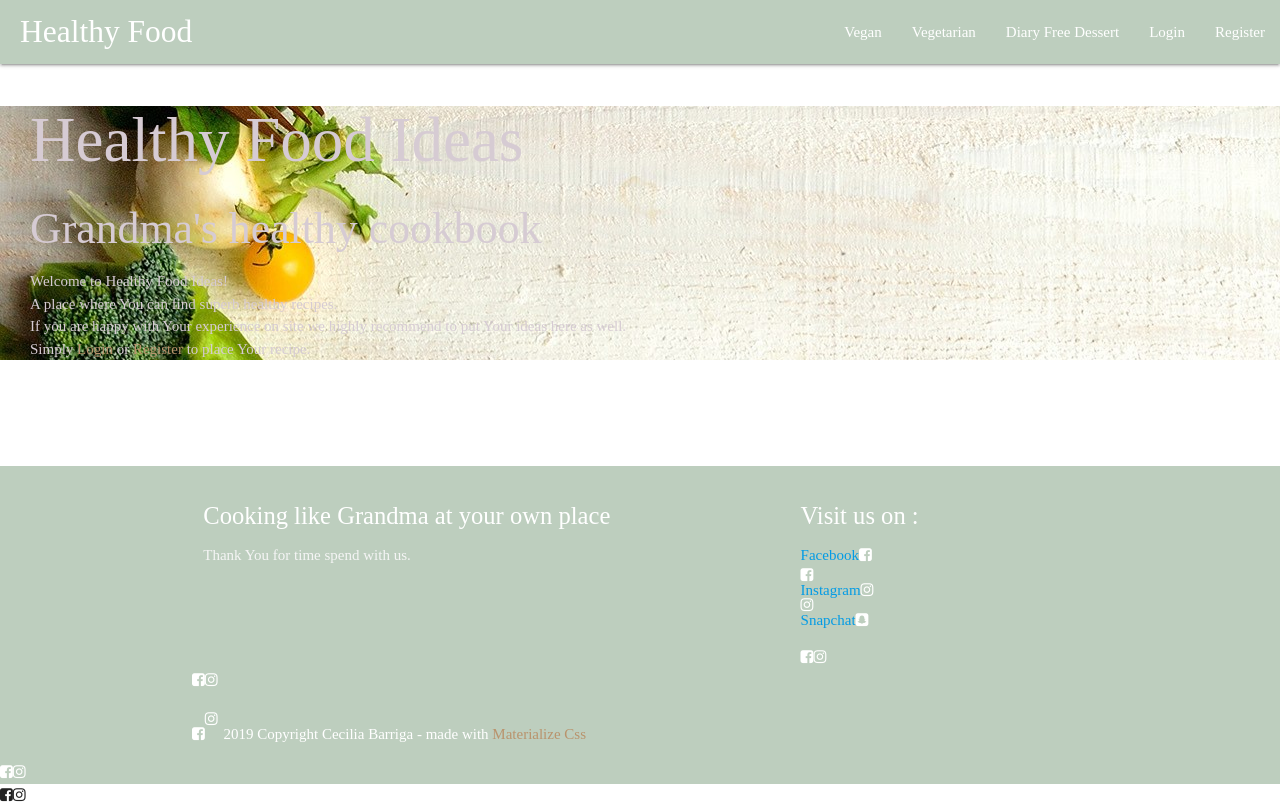
Repository: cesole/cookbook
Page: http://localhost/
The author's editor kept a record of every edit. The page is drawn from the files as they stood at one moment, then again after the next edit.
The browser window is 1280 px wide. The pictures show the whole page.
Some web fonts or font styles are not loaded; a fallback is used. The page is served by the project's application, run on Flask 3 (app.py).

Above is the page before.
Console error: TypeError: Cannot read properties of undefined (reading 'offsetHeight')

### templates/index.html
{% extends 'base.html'%}
{% block content %}
<div class="parallax">
    <div class="index-container">
        <h1>Healthy Food Ideas</h1>
        <h3>Grandma's healthy cookbook</h3>
       <p class="index">Welcome to Healthy Food Ideas!<br>A place where You can find superb healthy recipes.<br>
                                                    If you are happy with Your experience on site we highly recommend to put Your ideas here as well.<br>
                                                    Simply <a class="orange-text text-lighten-3" href="{{url_for('login')}}">Login</a> or <a class="orange-text text-lighten-3" href="{{url_for('register')}}">Register</a> to place Your recipe.</p>
    </div>
</div>
{% endblock %}

### templates/base.html
<!DOCTYPE html>
<html lang="en">
<head>
    <meta charset="UTF-8">
    <meta name="viewport" content="width=device-width, initial-scale=1.0">

    <link href="https://fonts.googleapis.com/icon?family=Material+Icons" rel="stylesheet">
    <!-- Compiled and minified CSS -->
    <link rel="stylesheet" href="{{ url_for('static', filename='css/materialize.min.css') }}" type="text/css" />
    <link href="https://stackpath.bootstrapcdn.com/font-awesome/4.7.0/css/font-awesome.min.css" rel="stylesheet" integrity="sha384-wvfXpqpZZVQGK6TAh5PVlGOfQNHSoD2xbE+QkPxCAFlNEevoEH3Sl0sibVcOQVnN" crossorigin="anonymous">
    <link href="https://fonts.googleapis.com/css?family=Beth+Ellen&display=swap" rel="stylesheet">
    <link rel="stylesheet" href="{{ url_for('static', filename='css/style.css') }}" type="text/css" />


    <title>Cookbook</title>
</head>

<body class="container-fluid">
    <nav>
        <div class="nav-wrapper">
            <a href="{{url_for('index')}}" class="brand-logo">Healthy Food</a>
            <a href="#" data-target="mobile-demo" class="sidenav-trigger"><i class="material-icons">menu</i></a>
            <ul class="right hide-on-med-and-down">
                {% if session.username %}
                <li>Hello, {{ session.username }}!</li>
                {% endif %}
                <li><a href="{{url_for('vegan')}}">Vegan</a></li>
                <li><a href="{{url_for('vegetarian')}}">Vegetarian</a></li>
                <li><a href="{{url_for('dessert')}}">Diary Free Dessert</a></li>
                {% if not session.username %}
                <li><a href="{{url_for('login')}}">Login</a></li>
                <li><a href="{{url_for('register')}}">Register</a></li>
                {% else %}
                <li><a href="{{url_for('get_my_recipes')}}">My Recipes</a></li>
                <li><a href="{{url_for('logout')}}">Logout</a></li>
                {% endif %}
            </ul>
        </div>
        <ul class="sidenav" id="mobile-demo">
            {% if session.username %}
            <li>Hello, {{ session.username }}!</li>
            {% endif %}
            <li><a href="{{url_for('vegan')}}">Vegan</a></li>
            <li><a href="{{url_for('vegetarian')}}">Vegetarian</a></li>
            <li><a href="{{url_for('dessert')}}">Diary Free Dessert</a></li>
            {% if not session.username %}
            <li><a href="{{url_for('login')}}">Login</a></li>
            <li><a href="{{url_for('register')}}">Register</a></li>
            {% else %}
            <li><a href="{{url_for('get_my_recipes')}}">My Recipes</a></li>
            <li><a href="{{url_for('logout')}}">Logout</a></li>
            {% endif %}
        </ul>
    </nav>

    <div class="container-fluid">
        <main>{% block content %}{% endblock %}</main>
    </div>

    <footer class="page-footer">
        <div class="container">
            <div class="row">
                <div class="col l6 s12">
                    <h5 class="white-text">Cooking like Grandma at your own place</h5>
                    <p class="grey-text text-lighten-4">Thank You for time spend with us.</p>
                </div>
                <div class="col l4 offset-l2 s12">
                    <h5 class="white-text">Visit us on :</h5>
                    <ul>
                      <li><a class="social-media" href="https://www.facebook.com/" target=_blank>Facebook</a><i class="fa fa-facebook-square"></li>
                      <li><a class="social-media" href="https://www.instagram.com/" target=_blank>Instagram</a><i class="fa fa-instagram"></li>
                      <li><a class="social-media" href="https://www.snapchat.com/" target=_blank>Snapchat</a><i class="fa fa-snapchat-square"></i></li>
                    </ul>
                </div>
            </div>
            <div class="copyright">
                <div class="row">
            © 2019 Copyright Cecilia Barriga - made with <a class="orange-text text-lighten-3" href="https://materializecss.com/" target=_blank>Materialize Css</a>
            </div>
            </div>
        </div>
    </footer>


    <script src="https://code.jquery.com/jquery-3.3.1.slim.min.js" integrity="sha384-q8i/X+965DzO0rT7abK41JStQIAqVgRVzpbzo5smXKp4YfRvH+8abtTE1Pi6jizo" crossorigin="anonymous"></script>
    <!-- Compiled and minified JavaScript -->
    <script src="https://cdnjs.cloudflare.com/ajax/libs/materialize/1.0.0/js/materialize.min.js"></script>

    <script>
        $(document).ready(function(){
            $('.sidenav').sidenav();
            $('.parallax').parallax();
            $('.carousel').carousel();
            $('.slider').slider();
            $('select').formSelect();
          });
    </script>

</body>
</html>

### app.py
import os
from flask import Flask, render_template, flash, redirect, request, url_for, session, make_response, current_app
from flask_pymongo import PyMongo
import pymongo
from pymongo import MongoClient
from bson.objectid import ObjectId
import json
from datetime import datetime
from functools import update_wrapper


app = Flask(__name__)
app.config["MONGO_DBNAME"] = 'cook_book'
app.config["MONGO_URI"] = os.getenv('MONGO_URI', 'mongodb://localhost')
app.config['SECRET_KEY'] = "cooking_book"


mongo = PyMongo(app)




@app.route('/')
@app.route('/index')
def index():
    return render_template('index.html')

@app.route('/vegan')
def vegan():
    return render_template('vegan.html',
                            meals=mongo.db.meals.find())

@app.route('/vegetarian')
def vegetarian():
    return render_template('vegetarian.html',
                            meals=mongo.db.meals.find())

@app.route('/dessert')
def dessert():
    return render_template('dessert.html',
                            meals=mongo.db.meals.find())

@app.route('/login', methods=["POST", "GET"])
def login():
    users = mongo.db.users
    login_user = users.find_one({"username" : request.form.get("username", False)})
    if login_user:
        if (request.form['pass']) == login_user['password']:
            session['username'] = request.form['username']
            return redirect(url_for('index'))
        flash('Invalid username/password combination')

    return render_template('login.html')




@app.route('/register', methods=["POST", "GET"])
def register():
    if request.method == "POST":
        users = mongo.db.users
        existing_user = users.find_one({"username" : request.form['username']})
        if existing_user is None:
            users.insert({'username' : request.form['username'],
                            'password' : request.form['pass']
            })
            session['username'] = request.form['username']
            return redirect(url_for('index'))
        flash("Username already exist! Try again!")
    return render_template('register.html')


@app.route('/get_my_recipes', methods=['GET', 'POST'])
def get_my_recipes():
    if not 'username' in session:
        return redirect('/login')
    else:
        meals = mongo.db.meals.find()
        return render_template('user_recipes.html',
                           user=session['username'],
                        meals=meals)

@app.route('/add_recipe')
def add_recipe():
    return render_template('add_recipe.html',
                            categories=mongo.db.categories.find(),
                            meals=mongo.db.meals.find())


@app.route('/insert_recipe', methods=['POST'])
def insert_recipe():
    meals =  mongo.db.meals
    meals.insert_one(request.form.to_dict())
    return render_template('user_recipes.html',
    categories=mongo.db.categories.find(),
                            meals=mongo.db.meals.find())


@app.route('/delete_recipe/<meal_id>')
def delete_recipe(meal_id):
    mongo.db.meals.remove({'_id': ObjectId(meal_id)})
    return redirect(url_for('get_my_recipes'))


@app.route('/edit_recipe/<meal_id>')
def edit_recipe(meal_id):
    the_meal =  mongo.db.meal.find_one({"_id": ObjectId(meal_id)})
    all_categories =  mongo.db.categories.find()
    return render_template('edit_recipe.html', meal=the_meal,
                           categories=all_categories)


@app.route('/update_recipe/<meal_id>', methods=["POST"])
def update_recipe(meal_id):
    meals = mongo.db.meals
    meals.update( {'_id': ObjectId(meal_id)},
    {
        'dish_name':request.form.get('dish_name'),
        'category_name':request.form.get('category_name'),
        'dish_description': request.form.get('dish_description'),
        'ingredient_one': request.form.get('ingredient_one'),
        'ingredient_two': request.form.get('ingredient_two'),
        'ingredient_three': request.form.get('ingredient_three'),
        'ingredient_four': request.form.get('ingredient_four'),
        'ingredient_five': request.form.get('ingredient_five'),
        'ingredient_six': request.form.get('ingredient_six'),
        'step_one': request.form.get('step_one'),
        'step_two': request.form.get('step_two'),
        'step_three': request.form.get('step_three'),
        'step_four': request.form.get('step_four'),
        'step_five': request.form.get('step_five'),
        'step_six': request.form.get('step_six'),
        'image': request.form.get('image'),
        'cook_time': request.form.get('cook_time'),
        'prep_time': request.form.get('prep_time'),
        'author': request.form.get('author')
    })
    return redirect(url_for('get_my_recipes'))



@app.route('/logout')
def logout():
    session.clear()
    return redirect(url_for('index'))

@app.route('/recipe/<meal_id>', methods=['GET', 'POST'])
def recipe(meal_id):
    the_meal =  mongo.db.meals.find_one({"_id": ObjectId(meal_id)})
    return render_template('recipe.html', meal=the_meal)


if __name__ == '__main__':
    app.run(host=os.environ.get('IP'),
            port=int(os.environ.get('PORT')),
            debug=True)

### static/css/style.css
.parallax {
    background-image: url('static/images/background.jpg');
}

nav .nav-wrapper {
    position: relative;
    height: 100%;
    background-color: #bdcebe !important;
    color: white;
}

.index-container {
    margin-left: 30px;
    color: #d6cbd3;
}

.brand-logo {
    font-family: 'Indie Flower', cursive;
    margin-left: 20px;
}

html {
    font-family: 'Indie Flower', cursive;
}

.description {
    font-size: 1.5rem;
}

main {
    min-height: 50vh;
}

form {
    margin-top: 50px;
}

.meals {
    padding-top: 50px;
}

span.card-title {
    background-color: #d68d057a;
    width: 100%;
    padding: 10px !important;
}

.card-content {
    height: 100px;
}

/* Caption styles */

.caption {
    background-color: rgba(0, 0, 0, 0.1);
}

/* parallax styles */
.grey-text.text-darken-3 {
    color: white !important;
    text-align: center;
}

.white {
    background-color: #bdcebe !important;
    color: white;
    text-align: center;
}

/* end of style */

/* carousel style */

.carousel {
    height: 250px;
}

/* end of styles */

.input-field label {
    color: black;
}

.input-field input[type=text],
.input-field input[type=password],
.input-field input[type=email]{
    border-bottom: 1px solid black;
    box-shadow: 0 1px 0 0 black;
}

.switch label {
    color: black;
}

textarea.materialize-textarea {
    border-bottom: 1px solid black;
    box-shadow: 0 1px 0 0 black;
}

label.active {
    color: #000000 !important;
    font-size: 18px !important;
}


.page-footer {
    padding-top: 20px;
    color: #fff;
    background-color: #bdcebe !important;
}

img.responsive-img {
    max-width: 70%;
    height: auto;
}


.title-image {
    background-image: url('static/images/background.jpg');
}

.flashes {
    text-align: center;
    font-size: 2rem;
}


.orange-text.text-lighten-3 {
    color: #b9936c !important;
}




/* MEDIA STYLE */

@media (max-width: 768px) {
    nav .brand-logo {
        font-size: 1rem;
    }
}

Loaded but not shown: static/css/materialize.min.css (library)

After the next edit:
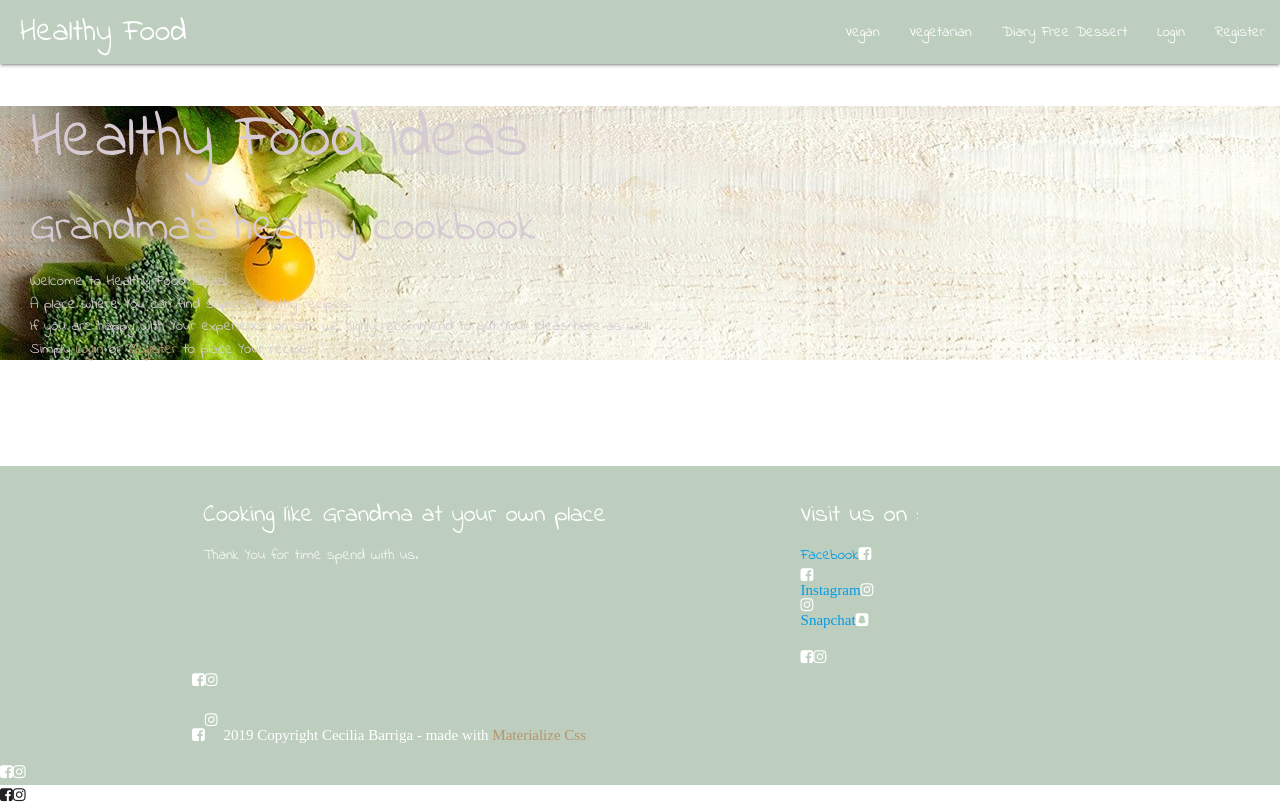
The edit:
--- a/templates/base.html
+++ b/templates/base.html
@@ -8,7 +8,7 @@
     <!-- Compiled and minified CSS -->
     <link rel="stylesheet" href="{{ url_for('static', filename='css/materialize.min.css') }}" type="text/css" />
     <link href="https://stackpath.bootstrapcdn.com/font-awesome/4.7.0/css/font-awesome.min.css" rel="stylesheet" integrity="sha384-wvfXpqpZZVQGK6TAh5PVlGOfQNHSoD2xbE+QkPxCAFlNEevoEH3Sl0sibVcOQVnN" crossorigin="anonymous">
-    <link href="https://fonts.googleapis.com/css?family=Beth+Ellen&display=swap" rel="stylesheet">
+    <link href="https://fonts.googleapis.com/css?family=Indie+Flower&display=swap" rel="stylesheet">
     <link rel="stylesheet" href="{{ url_for('static', filename='css/style.css') }}" type="text/css" />
 
 
